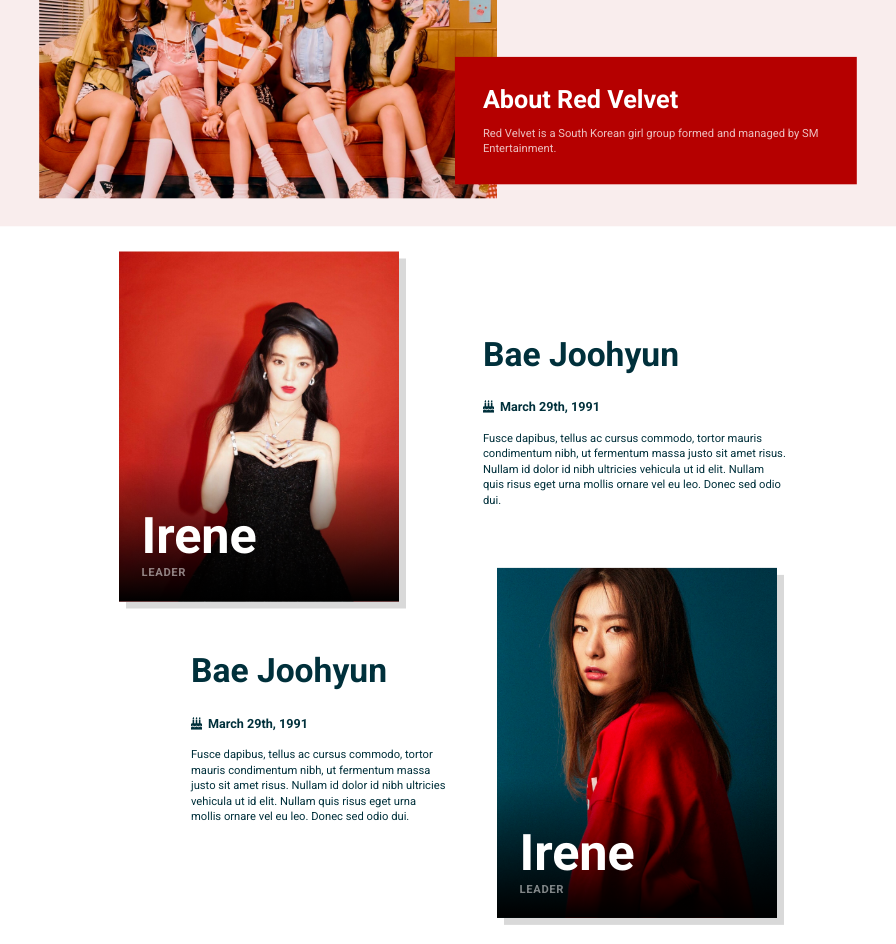
Repository: stillnotdavid/eternity-university
Page: app/index.html
These files come from the project's save history. The page is drawn as it stood at one moment and after the next save; the edit follows.
The browser window is 1280 px wide. The pictures show the part of the page from y = 815 to 2735 px (the page is 2163 px tall before and 2735 px after), at 70% of full size.
The style sheet was rebuilt from its Sass, Less or Tailwind sources for each picture, by a compiler version that may differ from the author's.

Above is the page before, as saved 2021-12-05 21:16:52.

### app/index.html
<!doctype html>
<html class="no-js" lang="">

<head>
  <meta charset="utf-8">
  <meta name="description" content="">

  <meta name="viewport" content="width=device-width, initial-scale=1, shrink-to-fit=no">
  <title>Red Velvet Fansite</title>
  <link rel="apple-touch-icon" href="apple-touch-icon.png">
  <link rel="stylesheet" href="https://use.fontawesome.com/releases/v5.15.4/css/all.css"
    integrity="sha384-DyZ88mC6Up2uqS4h/KRgHuoeGwBcD4Ng9SiP4dIRy0EXTlnuz47vAwmeGwVChigm" crossorigin="anonymous">
  <!-- Place favicon.ico in the root directory -->
  <!-- build:css styles/vendor.css -->
  <!-- endbuild -->
  <!-- build:css styles/main.css -->
  <link rel="stylesheet" href="styles/main.css">
  <!-- endbuild -->
  <!-- build:js scripts/modernizr.js -->
  <script src="scripts/modernizr.js"></script>
  <!-- endbuild -->
</head>

<body>
  <!--[if IE]>
      <p class="browserupgrade">You are using an <strong>outdated</strong> browser. Please <a href="http://browsehappy.com/">upgrade your browser</a> to improve your experience.</p>
    <![endif]-->
  <header class="header">
    <div class="container header__container">
      <a class="header__logo" href="#"><img class="header__logo-image" src="images/logo.png"
          alt="Red Velvet Logo" /></a>
      <nav class="header__nav">
        <ul class="header__nav-links">
          <li class="header__nav-item">
            <a class="header__nav-link header__nav-link--active" href="">Home</a>
          </li>
          <li class="header__nav-item">
            <a class="header__nav-link" href="">About</a>
          </li>
          <li class="header__nav-item">
            <a class="header__nav-link" href="">Members</a>
          </li>
          <li class="header__nav-item">
            <a class="header__nav-link" href="">Contact</a>
          </li>
        </ul>
      </nav>
    </div>
  </header>
  <section class="hero">
    <div class="container--half">
      <div class="hero__cta">
        <h1>Do you believe in Irene Supremacy?</h1>
        <p>Cras mattis consectetur purus sit amet fermentum. Praesent commodo cursus magna,
          vel scelerisque nisl
          consectetur et.</p>
        <a class="button-primary" href="">Subscribe Now</a>
      </div>
    </div>
    <div class="hero__image">
    </div>
  </section>
  <section class="trivia">
    <div class="container trivia__container">
      <div class="trivia__title">Did you know?</div>
      <p class="no-margin--bottom">Red Velvet originally debuted as four members. Yeri joined the group in March 2015,
        following the release of
        their first mini album, Ice Cream Cake.</p>
    </div>
  </section>
  <section class="about">
    <div class="container about__container">
      <img class="about__image" src="images/group.png" alt="Red Velvet Sitting!">
      <div class="about__text">
        <h2>About Red Velvet</h2>
        <p class="light">Red Velvet is a South Korean girl group formed and managed by SM Entertainment.</p>
      </div>
    </div>
  </section>
  <section class="members">
    <div class="container members__container">
      <div class="member">
        <div class="member__photo">
          <div class="member__photo-image member__irene">
            <div class="member__name">Irene</div>
            <div class="member__position">Leader</div>
          </div>
        </div>
        <div class="member__info">
          <h3>Bae Joohyun</h3>
          <h4 class="member__info-birthdate">
            <i class="fas fa-birthday-cake margin-right--small"></i> March 29th, 1991
          </h4>
          <p class="member__info-description">Fusce dapibus, tellus ac cursus commodo, tortor mauris condimentum nibh,
            ut fermentum massa justo sit amet
            risus. Nullam id dolor id nibh ultricies vehicula ut id elit. Nullam quis risus eget urna mollis ornare vel
            eu
            leo. Donec sed odio dui.</p>
        </div>
      </div>
      <div class="member member--reverse">
        <div class="member__photo">
          <div class="member__photo-image member__seulgi">
            <div class="member__name">Irene</div>
            <div class="member__position">Leader</div>
          </div>
        </div>
        <div class="member__info">
          <h3>Bae Joohyun</h3>
          <h4 class="member__info-birthdate">
            <i class="fas fa-birthday-cake margin-right--small"></i> March 29th, 1991
          </h4>
          <p class="member__info-description">Fusce dapibus, tellus ac cursus commodo, tortor mauris condimentum nibh,
            ut fermentum massa justo sit amet
            risus. Nullam id dolor id nibh ultricies vehicula ut id elit. Nullam quis risus eget urna mollis ornare vel
            eu
            leo. Donec sed odio dui.</p>
        </div>
      </div>
    </div>
  </section>

  <!-- build:js scripts/vendor.js -->
  <!-- endbuild -->
  <!-- build:js scripts/main.js -->
  <script src="scripts/main.js"></script>
  <!-- endbuild -->
</body>

</html>

### app/styles/main.scss
@import 'partials/colors';
@import 'partials/spacing';
@import 'partials/typography';
@import 'partials/utilities';

@import 'components/button';
@import 'components/header';
@import 'components/hero';
@import 'components/trivia';
@import 'components/about';
@import 'components/members';


* {
  box-sizing: border-box;
}

html,
body {
  padding: 0;
  margin: 0;
}

.container {
  display: flex;
  width: 100%;
  max-width: 1200px;
  margin: 0 auto;
  padding: 0 $spacing-large;

  &--half {
    width: 100%;
    max-width: 600px;
    margin-left: auto;
    padding: 0 $spacing-xlarge;
  }
}

### app/styles/partials/_colors.scss
$color-primary: #B50000;
$color-secondary: #6F2F2F;
$color-tertiary: #00303B;

$background-primary: #F9EDED;


$colors: ("primary": $color-primary,
  "secondary": $color-secondary);


@each $name,
$color in $colors {
  .background {

    &--#{$name} {
      background-color: #{$color};
    }
  }
}

@each $name,
$color in $colors {
  .color {

    &--#{$name} {
      color: #{$color} !important;
    }
  }
}

### app/styles/partials/_spacing.scss
$spacing-xsmall: 2px;
$spacing-small: 4px;
$spacing-medium: 8px;
$spacing-large: 16px;
$spacing-xlarge: 32px;

### app/styles/partials/_typography.scss
@import url('https://fonts.googleapis.com/css2?family=Roboto:wght@400;500;700&display=swap');


body,
html {
  font-family: 'Roboto', sans-serif;
}


$font-small: 14px;
$font-medium: 16px;
$font-large: 18px;
$font-xlarge: 24px;
$font-xxxlarge: 48px;

$font-regular: 400;
$font-bold: 700;


h1 {
  font-size: $font-xxxlarge;
  font-weight: $font-bold;
  color: $color-secondary;
  margin: $spacing-medium 0;
}

h2 {
  font-size: 36px;
  margin: 0;
}

h3 {
  font-size: 48px;
  margin: 0 0 36px 0;
  color: $color-tertiary;
}

h4 {
  font-size: $font-large;
  font-weight: $font-bold;
  color: $color-tertiary;
}

p {
  font-size: $font-medium;
  color: $color-secondary;
  line-height: 22px;

  &.light {
    color: rgba(255, 255, 255, .75);
  }
}

### app/styles/partials/_utilities.scss
$sides: top,
bottom,
left,
right;

@each $side in $sides {
  .no-margin {
    margin: 0;

    &--#{$side} {
      margin-#{$side}: 0;
    }
  }
}

@each $side in $sides {
  .no-padding {
    padding: 0;

    &--#{$side} {
      padding-#{$side}: 0;
    }
  }
}

$spacing: ("small": 4px, "medium": 8px, "large": 16px);

@each $side in $sides {
  .margin {

    &-#{$side} {

      @each $size,
      $value in $spacing {
        &--#{$size} {
          margin-#{$side}: $value;
        }
      }
    }
  }
}

### app/styles/components/_button.scss
.button-primary {
  display: inline-block;
  background-color: $color-primary;
  padding: 20px 40px;
  text-decoration: none;
  color: white;
  font-size: $font-medium;
  font-weight: $font-bold;
  text-transform: uppercase;
  letter-spacing: 1px;
  margin: $spacing-large 0;
}

### app/styles/components/_header.scss
$_logo-height: 50px;


.header {

  &__container {
    justify-content: space-between;
  }

  &__logo {
    display: flex;
    align-items: center;

    &-image {
      height: $_logo-height;
    }
  }

  &__nav {

    &-links {
      display: flex;
      list-style-type: none;
      padding: 0;
      margin: 0;
    }

    &-item {
      display: flex;
    }

    &-link {
      padding: 40px $spacing-large;
      text-decoration: none;
      color: $color-secondary;
      text-transform: uppercase;
      font-size: $font-small;
      font-weight: $font-bold;
      letter-spacing: 1px;
      border-top: 3px solid transparent;

      &:hover,
      &--active {
        color: $color-primary;
        border-top: 3px solid $color-primary;
      }
    }
  }
}

### app/styles/components/_hero.scss
$_hero-height: 450px;

.hero {
  height: $_hero-height;
  background: $background-primary;
  display: flex;

  &__container {
    align-items: center;
  }

  &__cta {
    flex: 0 0 50%;
    padding: 50px 100px 50px 0;
  }

  &__image {
    flex: 0 0 50%;
    height: 100%;
    background-image: url('../../images/hero.jpeg');
    background-size: cover;
    background-position: center center;
  }
}

### app/styles/components/_trivia.scss
.trivia {
  text-align: center;
  padding: $spacing-xlarge;

  &__container {
    flex-direction: column;
  }

  &__title {
    font-size: $font-xlarge;
    font-weight: $font-bold;
    color: $color-secondary;
  }
}

### app/styles/components/_about.scss
.about {
  background: $background-primary;
  padding: 40px 0;

  &__container {
    align-items: flex-end;
  }

  &__image {
    height: 380px;
  }

  &__text {
    background: $color-primary;
    color: white;
    padding: 40px;
    margin-left: -60px;
    margin-bottom: 20px;

    p {
      margin-bottom: 0;
    }
  }
}

### app/styles/components/_members.scss
.members {
  &__container {
    flex-direction: column;
  }
}

.member {
  display: flex;
  align-items: center;

  &--reverse {
    flex-direction: row-reverse;
    margin-top: -120px;

    .member__photo-image {
      margin-left: 70px;
    }

    .member__info {
      padding: 100px 0 100px 100px;
      flex-basis: 40%;
    }
  }

  &__photo {
    flex: 0 1 50%;
    display: flex;
    padding: 36px 0;

    &-image {
      height: 500px;
      width: 400px;
      background-size: cover;
      background-position: center center;
      margin-left: auto;
      margin-right: 70px;
      box-shadow: 10px 10px 0 rgba(0, 0, 0, .15);
      display: flex;
      padding: $spacing-xlarge;
      flex-direction: column;
      justify-content: flex-end;
      position: relative;

      &:before {
        background: linear-gradient(to top, black, transparent);
        height: 200px;
        width: 100%;
        position: absolute;
        content: '';
        bottom: 0;
        left: 0;
        z-index: 1;
      }
    }
  }

  &__info {
    flex: 0 1 50%;
    padding: 100px 100px 100px 50px;

    &-description {
      color: $color-tertiary;
    }
  }

  &__name {
    font-size: 72px;
    font-weight: $font-bold;
    color: white;
    z-index: 2;
  }

  &__position {
    font-size: $font-medium;
    font-weight: $font-bold;
    text-transform: uppercase;
    letter-spacing: 1px;
    color: rgba(255, 255, 255, .50);
    z-index: 2;
  }

  &__irene {
    background-image: url('../../images/member__irene.jpeg');
  }

  &__seulgi {
    background-image: url('../../images/member__seulgi.png');
  }
}

Loaded but not shown: app/scripts/main.js (common file)

After the next save:
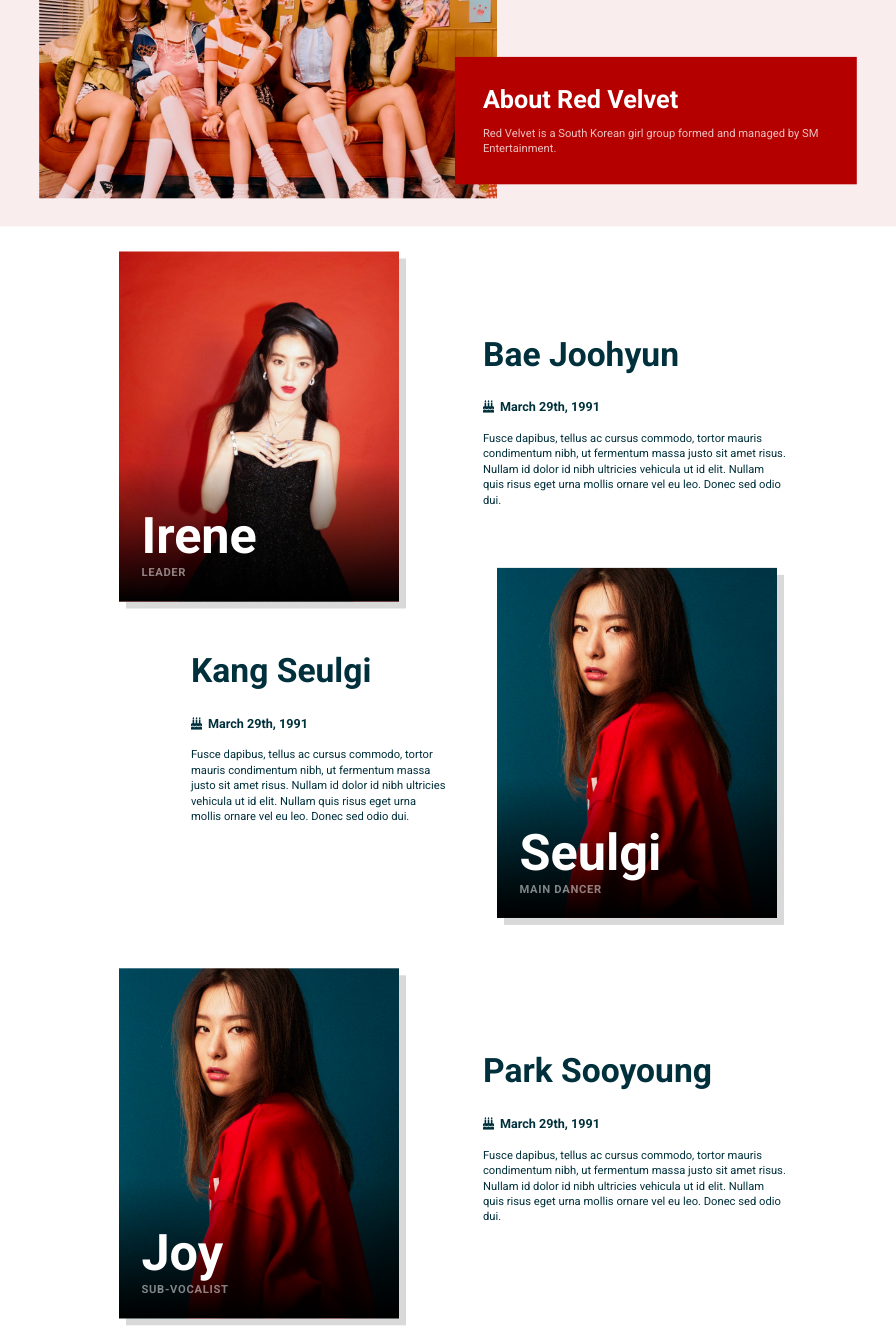
Saved 50 s later.
--- a/app/index.html
+++ b/app/index.html
@@ -101,12 +101,31 @@
       <div class="member member--reverse">
         <div class="member__photo">
           <div class="member__photo-image member__seulgi">
-            <div class="member__name">Irene</div>
-            <div class="member__position">Leader</div>
+            <div class="member__name">Seulgi</div>
+            <div class="member__position">Main Dancer</div>
           </div>
         </div>
         <div class="member__info">
-          <h3>Bae Joohyun</h3>
+          <h3>Kang Seulgi</h3>
+          <h4 class="member__info-birthdate">
+            <i class="fas fa-birthday-cake margin-right--small"></i> March 29th, 1991
+          </h4>
+          <p class="member__info-description">Fusce dapibus, tellus ac cursus commodo, tortor mauris condimentum nibh,
+            ut fermentum massa justo sit amet
+            risus. Nullam id dolor id nibh ultricies vehicula ut id elit. Nullam quis risus eget urna mollis ornare vel
+            eu
+            leo. Donec sed odio dui.</p>
+        </div>
+      </div>
+      <div class="member member">
+        <div class="member__photo">
+          <div class="member__photo-image member__seulgi">
+            <div class="member__name">Joy</div>
+            <div class="member__position">Sub-Vocalist</div>
+          </div>
+        </div>
+        <div class="member__info">
+          <h3>Park Sooyoung</h3>
           <h4 class="member__info-birthdate">
             <i class="fas fa-birthday-cake margin-right--small"></i> March 29th, 1991
           </h4>
